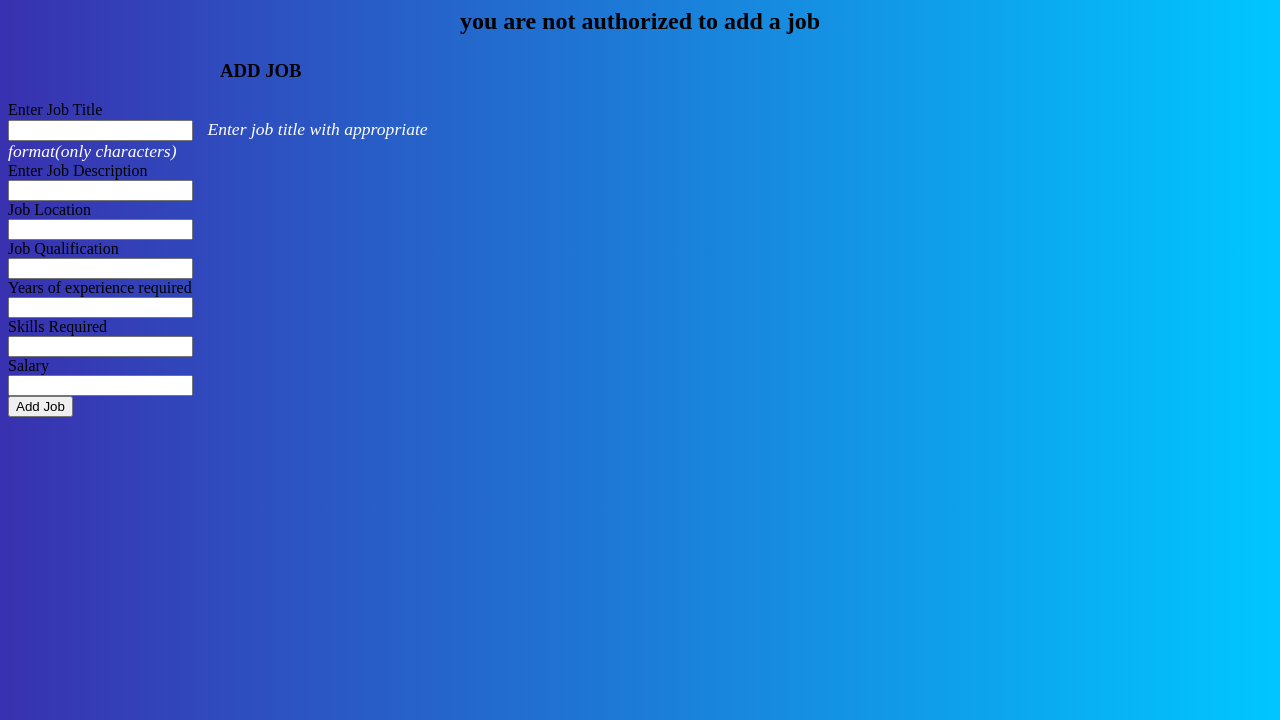
Repository: devlogan/collproject
Page: CollFrontend/WebContent/jobs/JobForm.html
The author's editor kept a copy of each file at every save. The page is drawn from the files as they stood at one save, then again after the next save.
The browser window is 1280 px wide. The pictures show the whole page.

Above is the page before, as saved 2019-05-01 17:50:36.

After the next save:
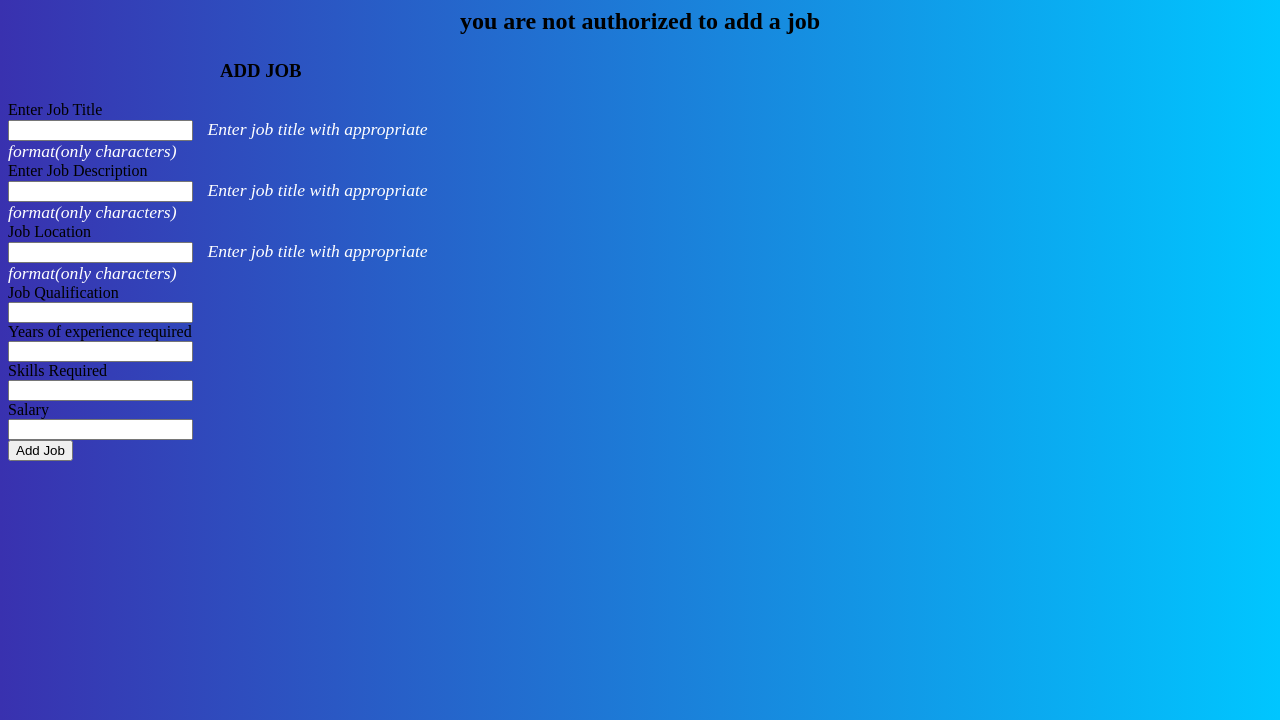
Saved 92 s later.
--- a/CollFrontend/WebContent/jobs/JobForm.html
+++ b/CollFrontend/WebContent/jobs/JobForm.html
@@ -37,7 +37,10 @@ i.fa-close {
 			<div class="col-50">
 				<input type="text" name="description" class="form-control"
 					ng-model="job.jobDescription" ng-required="true"
-					ng-pattern="/^[A-Z]+$/i" ng-minlength="3" ng-maxlength="21">
+					ng-pattern="/^[A-Z]+$/i" ng-minlength="3" ng-maxlength="21"><i
+					ng-show="jobForm.description.$invalid && jobForm.description.$touched || jobForm.description.$error.pattern && jobForm.description.$touched"
+					class="fa fa-close"> Enter job title with appropriate
+					format(only characters)</i>
 			</div>
 		</div>
 		<div class="form-group">
@@ -45,7 +48,10 @@ i.fa-close {
 			<div class="col-50">
 				<input type="text" name="location" class="form-control"
 					ng-model="job.location" ng-required="true" ng-pattern="/^[A-Z]+$/i"
-					ng-minlength="3" ng-maxlength="21">
+					ng-minlength="3" ng-maxlength="21"><i
+					ng-show="jobForm.location.$invalid && jobForm.location.$touched || jobForm.location.$error.pattern && jobForm.location.$touched"
+					class="fa fa-close"> Enter job title with appropriate
+					format(only characters)</i>
 			</div>
 		</div>
 		<div class="form-group">
